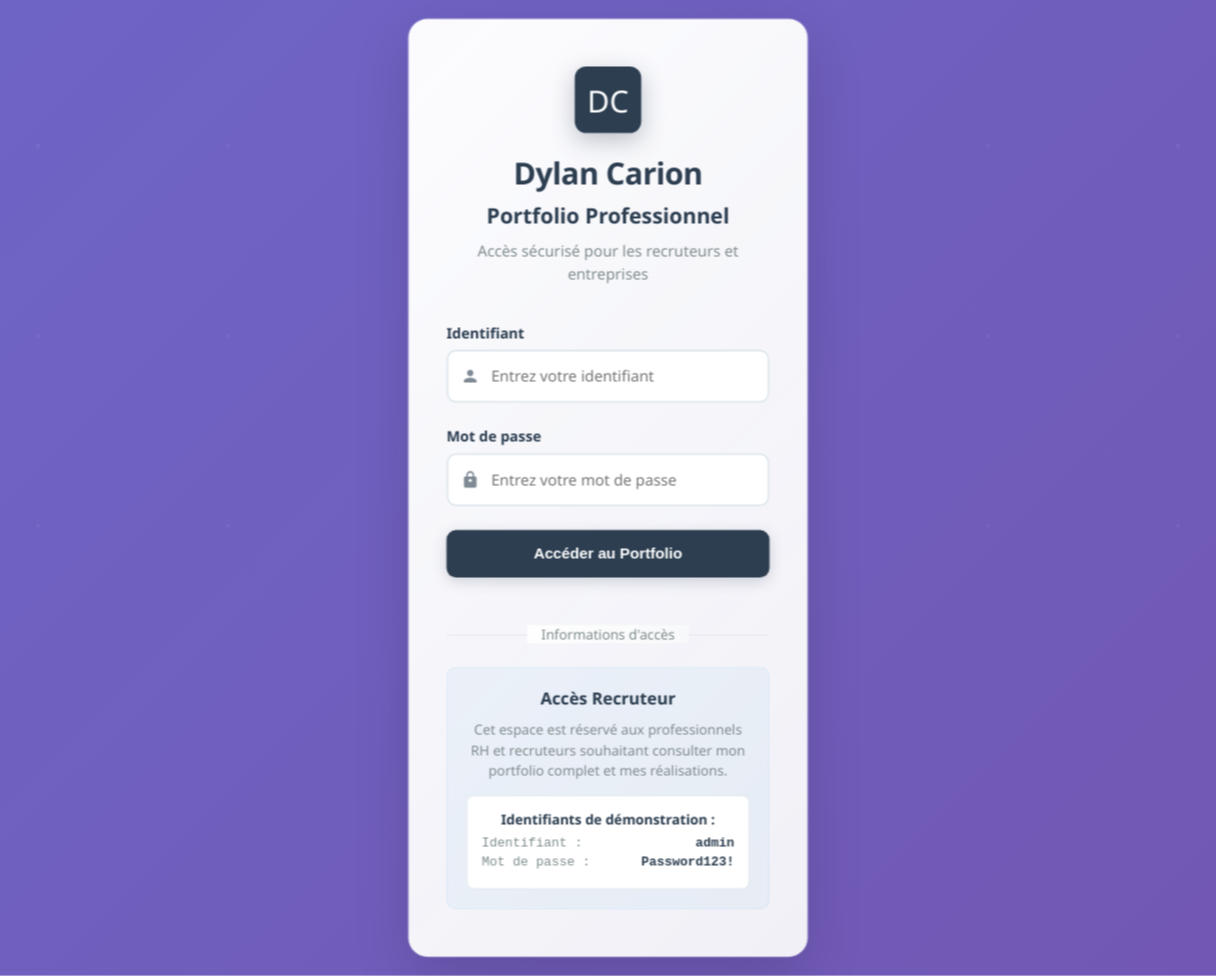
Repository: gato2fraises/Portfolio
Page: Connection.html
The author's editor kept a copy of each file at every save. The page is drawn from the files as they stood at one save, then again after the next save.
The browser window is 1280 px wide. The pictures show the whole page, at 95% of full size.

Above is the page before, as saved 2025-09-10 14:32:59.
Console error: SyntaxError: Unexpected token 'var'

After the next save:
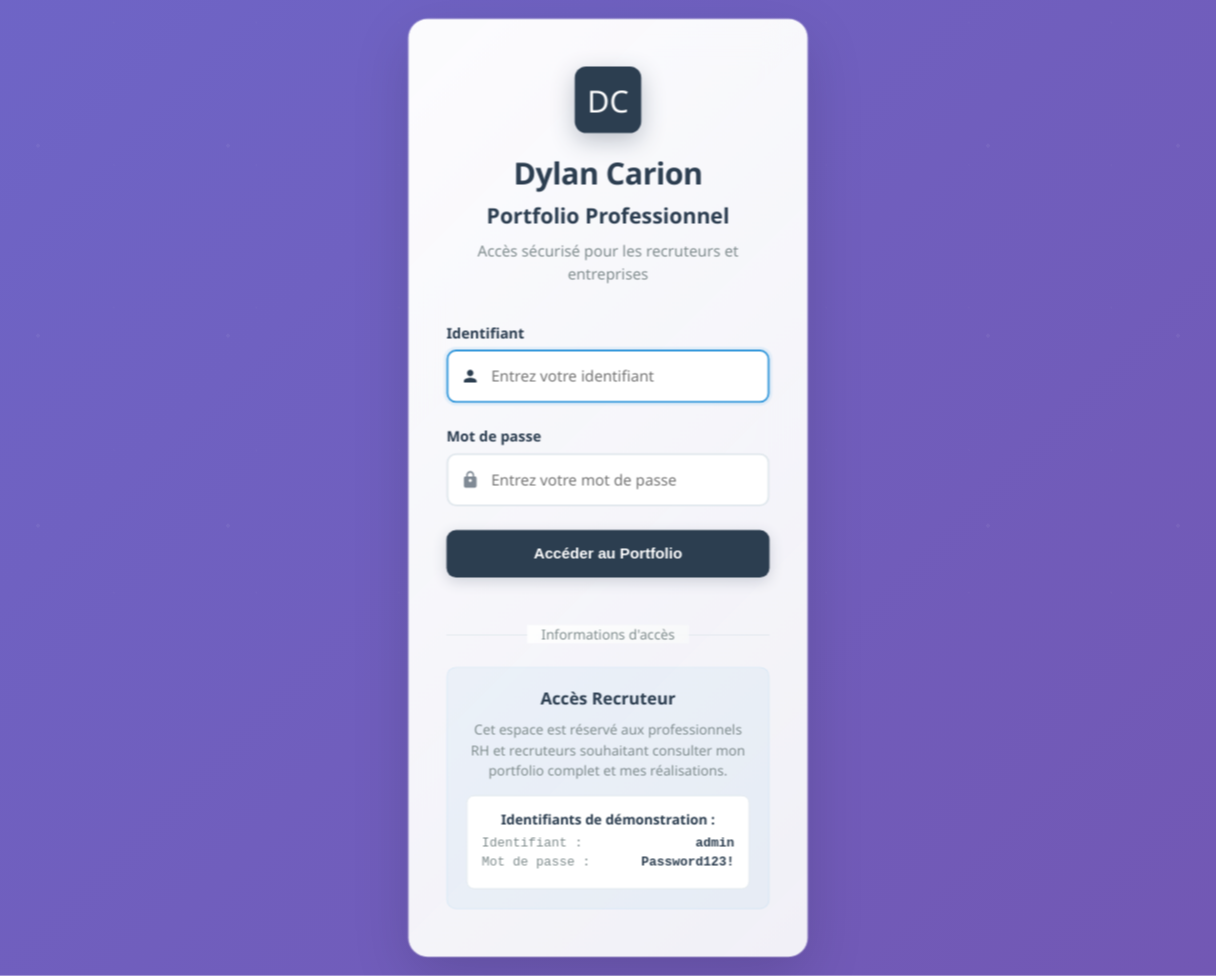
The error is gone.
Saved 102 s later.
--- a/Connection.html
+++ b/Connection.html
@@ -518,7 +518,7 @@
                     // Succès
                     loginBtn.classList.remove('loading');
                     btnText.innerHTML = 'Accès autorisé - Redirection...';
-                    loginBtn.style.background = var(--success);
+                    loginBtn.style.background = getComputedStyle(document.documentElement).getPropertyValue('--success');
 
                     setTimeout(() => {
                         window.location.href = "Page.html";
@@ -528,7 +528,7 @@
                     loginBtn.classList.remove('loading');
                     loginBtn.disabled = false;
                     btnText.innerHTML = 'Accéder au Portfolio';
-                    loginBtn.style.background = var(--danger);
+                    loginBtn.style.background = 'var(--danger)';
 
                     // Afficher l'erreur
                     document.getElementById('password').closest('.form-group').classList.add('error');
